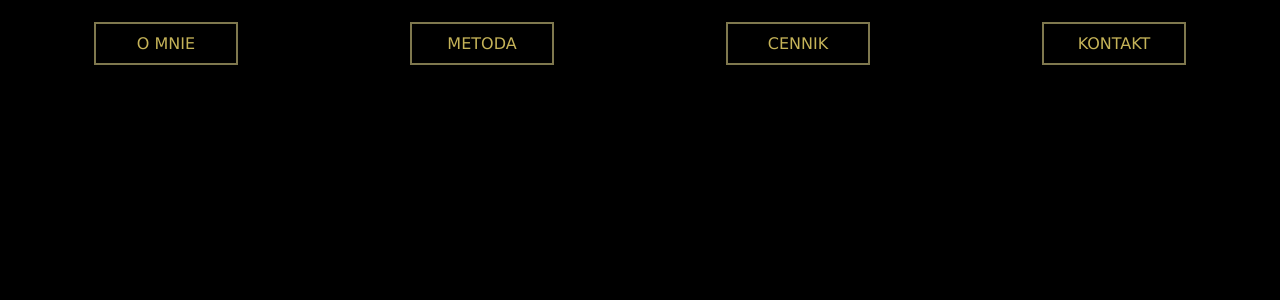
Repository: LechCieslak/Anna_Cieslak_v2.1
Page: index.html
These files come from the project's save history. The page is drawn as it stood at one moment and after the next save; the edit follows.
The browser window is 1280 px wide. The pictures show the whole page.

Above is the page before, as saved 2020-08-27 23:37:18.

After the next save:
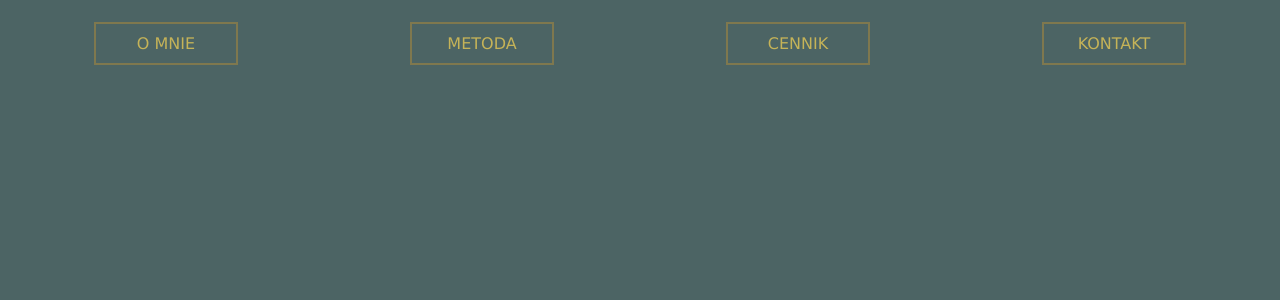
Saved 5 s later.
--- a/style.css
+++ b/style.css
@@ -47,7 +47,7 @@
 }
 
 @keyframes backgroundEffect {
-    50% {
+    100% {
         background-color: var(--tlo);
     }
     /* 100% {

After the save that followed:
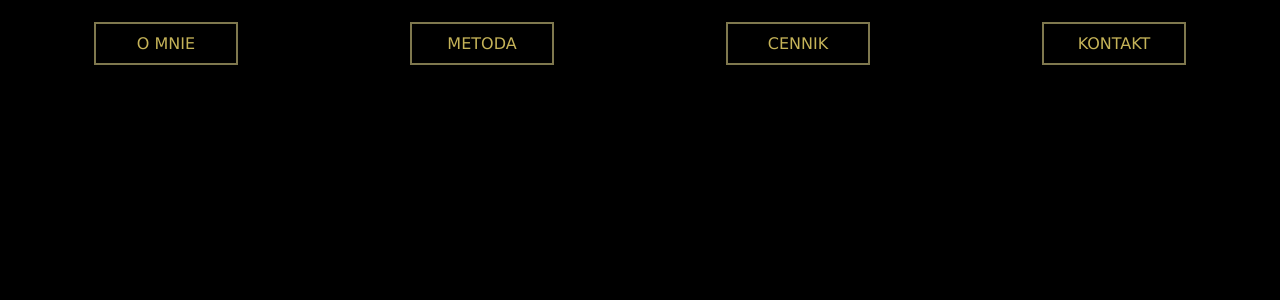
Saved 37 s later.
--- a/style.css
+++ b/style.css
@@ -47,7 +47,7 @@
 }
 
 @keyframes backgroundEffect {
-    100% {
+    30% {
         background-color: var(--tlo);
     }
     /* 100% {
